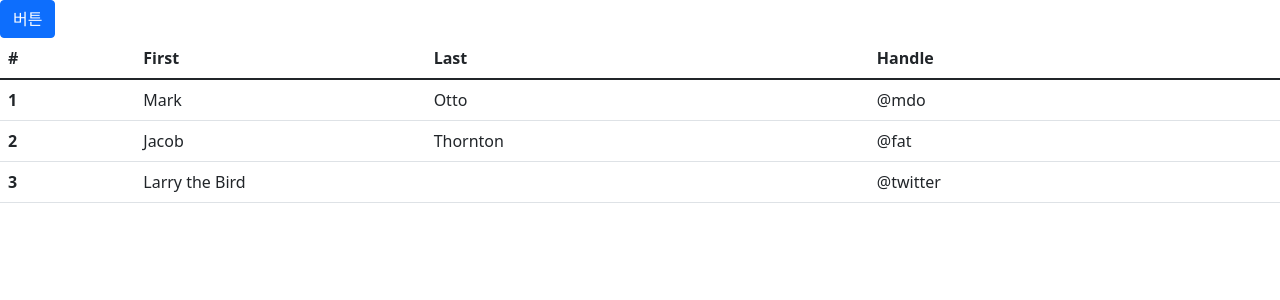
Repository: izuiw/team
Page: http://localhost/qCali/WEB-INF/views/test.jsp
These files come from the project's save history. The page is drawn as it stood at one moment and after the next save; the edit follows.
The browser window is 1280 px wide. The pictures show the whole page.
The page is served by Tomcat 9. Nobody is signed in. Other server files are loaded and not shown. The template is opened directly, without the code that normally fills it, so the values that code supplies are empty.

Above is the page before, as saved 2022-04-29 06:32:27.

### qCali/src/main/webapp/WEB-INF/views/test.jsp
<%@ page language="java" contentType="text/html; charset=UTF-8"
    pageEncoding="UTF-8"%>
<!DOCTYPE html>
<html>
<head>
<meta charset="UTF-8">
<title>테스트</title>
<link href="https://cdn.jsdelivr.net/npm/bootstrap@5.1.3/dist/css/bootstrap.min.css" rel="stylesheet" integrity="sha384-1BmE4kWBq78iYhFldvKuhfTAU6auU8tT94WrHftjDbrCEXSU1oBoqyl2QvZ6jIW3" crossorigin="anonymous">
</head>
<body>
<button class="btn btn-primary">버튼</button>

<table class="table">
  <thead>
    <tr>
      <th scope="col">#</th>
      <th scope="col">First</th>
      <th scope="col">Last</th>
      <th scope="col">Handle</th>
    </tr>
  </thead>
  <tbody>
    <tr>
      <th scope="row">1</th>
      <td>Mark</td>
      <td>Otto</td>
      <td>@mdo</td>
    </tr>
    <tr>
      <th scope="row">2</th>
      <td>Jacob</td>
      <td>Thornton</td>
      <td>@fat</td>
    </tr>
    <tr>
      <th scope="row">3</th>
      <td colspan="2">Larry the Bird</td>
      <td>@twitter</td>
    </tr>
  </tbody>
</table>

<script src="https://cdn.jsdelivr.net/npm/bootstrap@5.1.3/dist/js/bootstrap.bundle.min.js" integrity="sha384-ka7Sk0Gln4gmtz2MlQnikT1wXgYsOg+OMhuP+IlRH9sENBO0LRn5q+8nbTov4+1p" crossorigin="anonymous"></script>
</body>
</html>

After the next save:
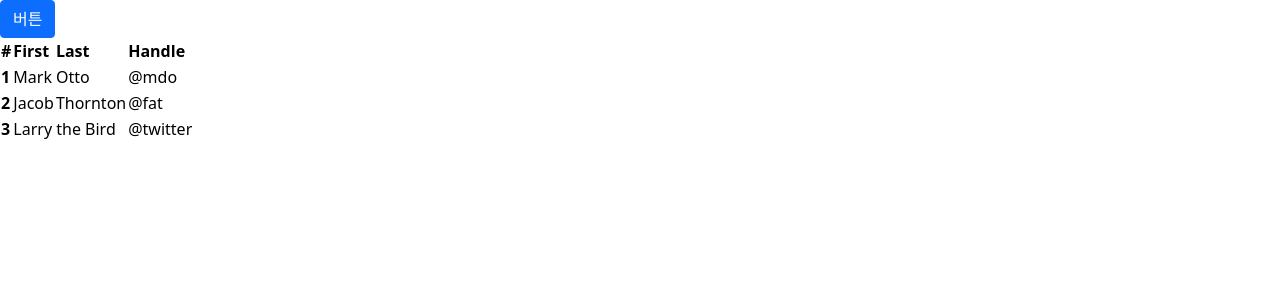
Saved 23 s later.
--- a/qCali/src/main/webapp/WEB-INF/views/test.jsp
+++ b/qCali/src/main/webapp/WEB-INF/views/test.jsp
@@ -10,7 +10,7 @@
 <body>
 <button class="btn btn-primary">버튼</button>
 
-<table class="table">
+<table class="table-secondary">
   <thead>
     <tr>
       <th scope="col">#</th>
